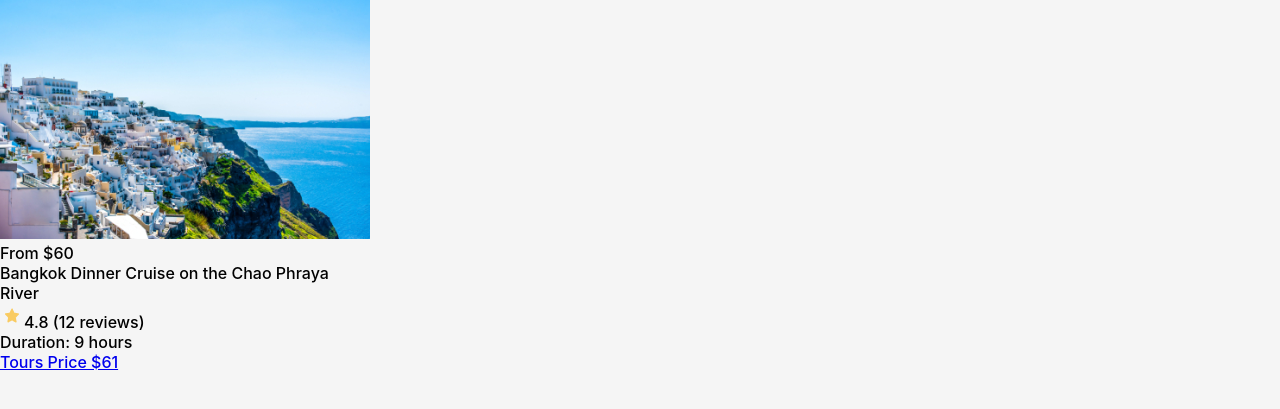
Repository: nguyentuankiet-k61/K_IT-demo
Page: index.html
These files come from the project's save history. The page is drawn as it stood at one moment and after the next save; the edit follows.
The browser window is 1280 px wide. The pictures show the whole page.
Some web fonts or font styles are not loaded; a fallback is used.

Above is the page before, as saved 2022-09-25 12:17:28.

After the next save:
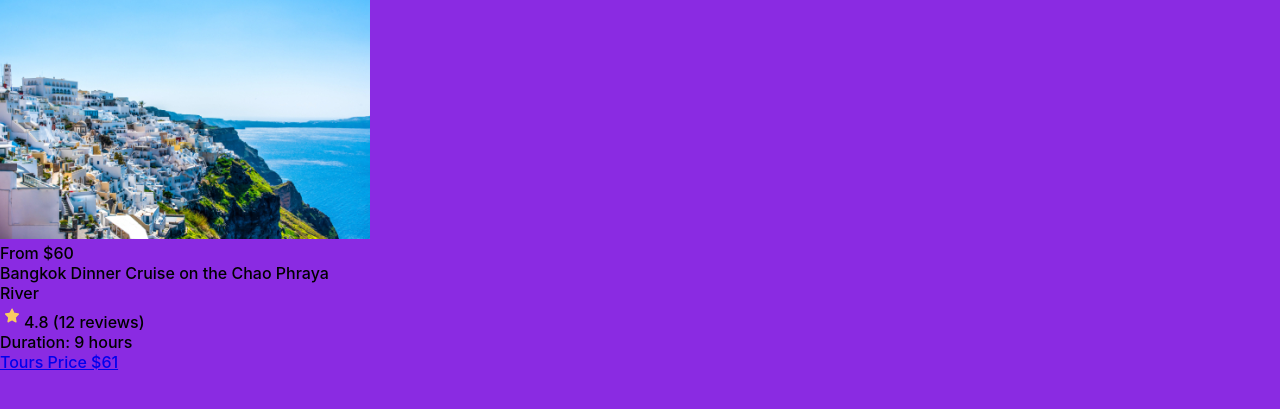
Saved 34 s later.
--- a/CSS/app.css
+++ b/CSS/app.css
@@ -6,7 +6,7 @@
 body{
     font-family: 'Inter', sans-serif;
     font-weight: 500;
-    background-color: #f5f5f5;
+    background-color: blueviolet;
 }
 .Tours{
     width: 370px;
